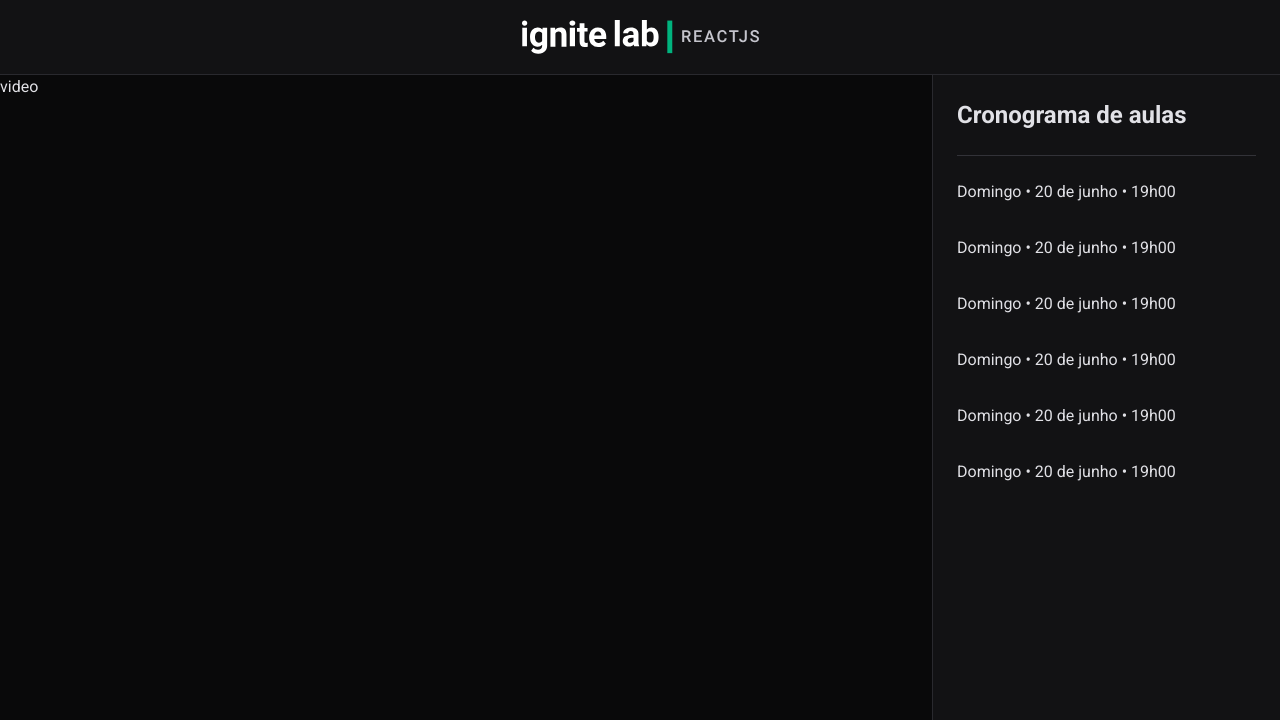
Repository: andynadvorny/event-platform
Page: /
The author's editor kept a copy of each file at every save. The page is drawn from the files as they stood at one save, then again after the next save.
The browser window is 1280 px wide. The pictures show the whole page.
The project was rebuilt for these pictures with package versions that can differ from the ones it lists, and the page was loaded fresh each time. Also part of the build but not shown: vite.config.ts.

Above is the page before, as saved 2022-06-23 14:34:16.

### src/App.tsx
import { Event } from './pages/Event'

function App() {
  return (
    <Event />
  )
}

export default App

### src/lib/apollo.ts
import { ApolloClient, InMemoryCache } from "@apollo/client";

export const client = new ApolloClient({
  uri: 'https://api-sa-east-1.graphcms.com/v2/cl4q028zp2n6q01xs9d4d26wj/master',
  cache: new InMemoryCache()
});

### src/pages/Event.tsx
import { Header } from '../components/Header'
import { Sidebar } from '../components/Sidebar'
import { Video } from '../components/Video'

export function Event() {
  return (
    <div className="flex flex-col min-h-screen">
      <Header />
      <main className="flex flex-1">
        <Video />
        <Sidebar />
      </main>
    </div>
  )
}

### src/components/Sidebar.tsx
import { Lesson } from "./Lesson";

export function Sidebar() {
  return (
    <aside className="w-[348px] bg-gray-700 p-6 border-l border-gray-600">
      <span className="font-bold text-2xl pb-6 mb-6 border-b border-gray-500 block">
        Cronograma de aulas
      </span>
      <div className="flex flex-col gap-8">
        <Lesson />
        <Lesson />
        <Lesson />
        <Lesson />
        <Lesson />
        <Lesson />
      </div>
    </aside>
  )
}

### src/components/Video.tsx
export function Video() {
  return (
    <div className="flex-1">
      video
    </div>
  )
}

### src/components/Logo.tsx
export function Logo() {
  return (
    <svg
      xmlns="http://www.w3.org/2000/svg"
      width="237"
      height="34"
      fill="none"
      viewBox="0 0 237 34"
    >
      <path
        fill="#fff"
        d="M.002 3.112a2.49 2.49 0 01.165-.987c.12-.314.304-.595.535-.83A2.906 2.906 0 012.615.572c.698 0 1.374.257 1.912.723.23.24.412.524.536.837a2.701 2.701 0 010 1.979 2.568 2.568 0 01-.536.837 2.889 2.889 0 01-1.907.723 2.901 2.901 0 01-1.908-.723 2.458 2.458 0 01-.538-.84 2.645 2.645 0 01-.172-.996zm4.96 23.146H.273V7.862h4.689v18.397zM8.012 16.973c0-2.853.686-5.145 2.055-6.883a6.653 6.653 0 015.528-2.606 5.869 5.869 0 014.802 2.09l.2-1.751h4.538v17.95a7.891 7.891 0 01-1.12 4.246 7.243 7.243 0 01-3.147 2.752 11.155 11.155 0 01-4.742.94c-1.378 0-2.74-.279-4.008-.812a7.08 7.08 0 01-2.946-2.11l2.208-3.02a5.905 5.905 0 004.543 2.08 4.356 4.356 0 003.104-1.059 3.938 3.938 0 001.103-2.993v-.994a5.775 5.775 0 01-4.555 1.935 6.647 6.647 0 01-3.05-.652 6.615 6.615 0 01-2.408-1.967c-1.397-1.752-2.085-4.089-2.085-6.942v-.21h-.025l.005.006zm4.997.355a6.723 6.723 0 001.026 3.956 3.233 3.233 0 002.799 1.443c.651.045 1.3-.088 1.878-.39a3.52 3.52 0 001.396-1.305v-7.825a3.448 3.448 0 00-1.374-1.305 3.504 3.504 0 00-1.86-.39 3.28 3.28 0 00-1.61.365 3.22 3.22 0 00-1.219 1.103c-.688.975-1.036 2.418-1.036 4.348zM33.098 7.833l.158 2.196a6.527 6.527 0 012.371-1.927 6.38 6.38 0 012.971-.62c1.97 0 3.438.597 4.39 1.79.953 1.194 1.456 2.936 1.486 5.293v12.249h-4.962V14.683a3.367 3.367 0 00-.684-2.344 3.086 3.086 0 00-1.069-.598 3.008 3.008 0 00-1.211-.13 3.349 3.349 0 00-1.821.454c-.553.32-1.01.794-1.313 1.367v13.37H28.45V7.845l4.647-.012zM47.512 3.112a2.304 2.304 0 01.185-.988 2.42 2.42 0 01.59-.831A3.439 3.439 0 0150.404.57c.772 0 1.52.256 2.117.723.508.486.792 1.142.792 1.826 0 .683-.284 1.34-.792 1.826a3.417 3.417 0 01-2.11.723c-.77 0-1.517-.257-2.11-.723a2.47 2.47 0 01-.594-.839 2.342 2.342 0 01-.19-.994h-.005zm5.483 23.149h-5.18V7.86h5.18v18.4zM62.454 3.334v4.612h3.107v3.677h-3.107v9.382c-.05.53.091 1.063.395 1.495a1.824 1.824 0 001.473.45c.476.002.95-.035 1.421-.114v3.803a9.672 9.672 0 01-2.939.449c-3.398 0-5.128-1.775-5.19-5.32V11.644h-2.642V7.968h2.643V3.356h4.841v-.025l-.002.003zM76.487 27.08a9.277 9.277 0 01-6.759-2.55c-1.74-1.699-2.605-3.957-2.605-6.797v-.494a11.295 11.295 0 011.098-5.08 8.141 8.141 0 013.111-3.465 8.72 8.72 0 014.59-1.22c2.577 0 4.62.815 6.098 2.449 1.478 1.633 2.226 3.94 2.226 6.929v2.055h-12.01a4.665 4.665 0 001.473 2.971 4.487 4.487 0 003.111 1.111 5.426 5.426 0 004.548-2.115l2.476 2.781a7.506 7.506 0 01-3.07 2.507 9.81 9.81 0 01-4.287.916v.002zm-.594-15.514a3.127 3.127 0 00-2.428 1.012 5.405 5.405 0 00-1.188 2.912h7.006v-.405a3.749 3.749 0 00-.908-2.608 3.252 3.252 0 00-2.45-.908h-.03l-.002-.003zM97.771 26.259h-4.957V0h4.957V26.26zM112.209 26.259c-.227-.444-.392-.997-.496-1.659-1.196 1.333-2.751 2.002-4.666 2.002-1.811 0-3.314-.523-4.504-1.572-1.191-1.049-1.786-2.372-1.786-3.966 0-1.96.725-3.464 2.179-4.513 1.453-1.049 3.553-1.58 6.3-1.59h2.273v-1.06c0-.854-.22-1.54-.659-2.051-.44-.513-1.131-.77-2.078-.77-.832 0-1.486.2-1.957.6-.474.4-.708.945-.708 1.64h-4.941c0-1.07.331-2.062.992-2.973.662-.91 1.597-1.626 2.804-2.144 1.206-.518 2.564-.778 4.069-.778 2.28 0 4.089.573 5.429 1.718 1.34 1.145 2.009 2.756 2.009 4.83v8.017c.012 1.754.256 3.082.735 3.983v.29h-4.992l-.003-.004zm-4.086-3.435c.728 0 1.402-.163 2.016-.486.614-.326 1.071-.76 1.367-1.308v-3.181h-1.846c-2.472 0-3.79.854-3.948 2.564l-.017.291c0 .614.217 1.123.649 1.523.434.4 1.026.6 1.779.6v-.003zM136.58 17.183c0 2.963-.632 5.273-1.898 6.931-1.265 1.659-3.032 2.488-5.3 2.488-2.006 0-3.608-.77-4.805-2.308l-.222 1.967h-4.444V.001h4.94v9.418c1.14-1.332 2.638-2 4.496-2 2.256 0 4.025.828 5.308 2.487 1.283 1.658 1.923 3.992 1.923 7v.274l.002.003zm-4.94-.358c0-1.868-.296-3.233-.889-4.094-.592-.861-1.475-1.29-2.65-1.29-1.572 0-2.655.643-3.247 1.932v7.299c.604 1.298 1.697 1.95 3.282 1.95 1.584 0 2.643-.788 3.146-2.36.239-.752.358-1.897.358-3.437z"
      ></path>
      <path
        fill="#C4C4CC"
        d="M164.51 17.501h-2.283v4.53h-2.048v-11.78h4.143c1.36 0 2.408.306 3.149.915.74.61 1.108 1.493 1.108 2.648 0 .787-.19 1.449-.57 1.98-.38.532-.911.94-1.59 1.226l2.646 4.906v.106h-2.194l-2.364-4.531h.003zm-2.283-1.65h2.105c.691 0 1.229-.176 1.619-.524.39-.348.582-.824.582-1.429 0-.604-.18-1.12-.538-1.466-.358-.345-.893-.523-1.606-.533h-2.162V15.85zM179.066 16.773h-4.839v3.625h5.656v1.634h-7.704V10.25h7.648v1.65h-5.6v3.253h4.839v1.62zM189.803 19.29h-4.565l-.955 2.744h-2.127l4.452-11.783h1.836l4.459 11.783h-2.137l-.963-2.744zm-3.99-1.65h3.415l-1.707-4.89-1.708 4.89zM204.716 18.197c-.119 1.256-.583 2.238-1.392 2.941-.81.703-1.885 1.056-3.228 1.056-.938 0-1.764-.222-2.48-.668-.715-.445-1.266-1.079-1.656-1.898-.387-.82-.589-1.772-.607-2.858v-1.1c0-1.11.198-2.09.59-2.937.392-.846.96-1.5 1.695-1.96.736-.458 1.587-.688 2.554-.688 1.301 0 2.347.353 3.139 1.057.792.703 1.254 1.7 1.385 2.99h-2.039c-.096-.846-.343-1.458-.74-1.833-.397-.375-.977-.563-1.745-.563-.89 0-1.574.326-2.05.977-.479.652-.721 1.605-.733 2.863v1.044c0 1.273.227 2.245.683 2.917.457.668 1.123 1.004 2.004 1.004.805 0 1.409-.18 1.814-.543.405-.363.661-.962.77-1.804h2.038l-.002.003zM216.481 11.902h-3.674v10.132h-2.031V11.902h-3.642V10.25h9.347v1.65zM222.759 10.251h2.039v8.262c0 1.127-.353 2.023-1.057 2.687-.703.664-1.633.995-2.788.995-1.229 0-2.179-.311-2.848-.93-.669-.62-1.004-1.484-1.004-2.59h2.038c0 .627.156 1.096.467 1.412.31.316.76.474 1.347.474.55 0 .989-.183 1.315-.545.326-.366.489-.867.489-1.51V10.25h.002zM234.952 18.999c0-.518-.183-.918-.545-1.197-.363-.279-1.022-.563-1.972-.849-.95-.286-1.705-.604-2.265-.955-1.074-.674-1.612-1.555-1.612-2.638 0-.95.388-1.732 1.163-2.347.774-.614 1.779-.922 3.015-.922.819 0 1.55.15 2.194.454a3.597 3.597 0 011.513 1.29c.367.558.55 1.177.55 1.858h-2.038c0-.614-.193-1.095-.578-1.443-.385-.348-.938-.524-1.656-.524-.668 0-1.189.144-1.557.43-.37.286-.555.686-.555 1.197 0 .432.2.792.6 1.08.399.29 1.056.57 1.974.842.918.271 1.653.582 2.208.93.556.348.963.748 1.222 1.197.259.452.387.977.387 1.582 0 .982-.375 1.762-1.127 2.342-.753.58-1.775.87-3.063.87a5.755 5.755 0 01-2.352-.473c-.715-.316-1.27-.75-1.668-1.308-.397-.555-.594-1.204-.594-1.942h2.048c0 .669.222 1.187.664 1.555.441.367 1.075.55 1.902.55.713 0 1.246-.143 1.607-.432.357-.288.538-.671.538-1.145l-.003-.002z"
      ></path>
      <path fill="#00B37E" d="M150.271 33.146h-4.958V.57h4.958v32.576z"></path>
    </svg>
  );
}

### src/components/Lesson.tsx
export function Lesson() {
  return (
    <a href="#">
      <span>Domingo • 20 de junho • 19h00</span>
    </a>
  )
}

### tailwind.config.js
/** @type {import('tailwindcss').Config} */
module.exports = {
  content: [
    './src/**/*.tsx'
  ],
  theme: {
    extend: {
      fontFamily: {
        sans: 'Roboto, sans-serif'
      },
      colors: {
        green: {
          300: '#00B37E',
          500: '#00875F',
          700: '#015F43',
        },
        blue: {
          500: '#81D8F7',
        },
        orange: {
          500: '#FBA94C',
        },
        red: {
          500: '#F75A68',
        },
        gray: {
          100: '#E1E1E6',
          200: '#C4C4CC',
          300: '#8D8D99',
          500: '#323238',
          600: '#29292E',
          700: '#121214',
          900: '#09090A'
        }
      }
    },
  },
  plugins: [],
}

Loaded but not shown: index.html (common file); src/main.tsx (common file); src/styles/global.css (common file); src/components/Header.tsx (common file)

After the next save:
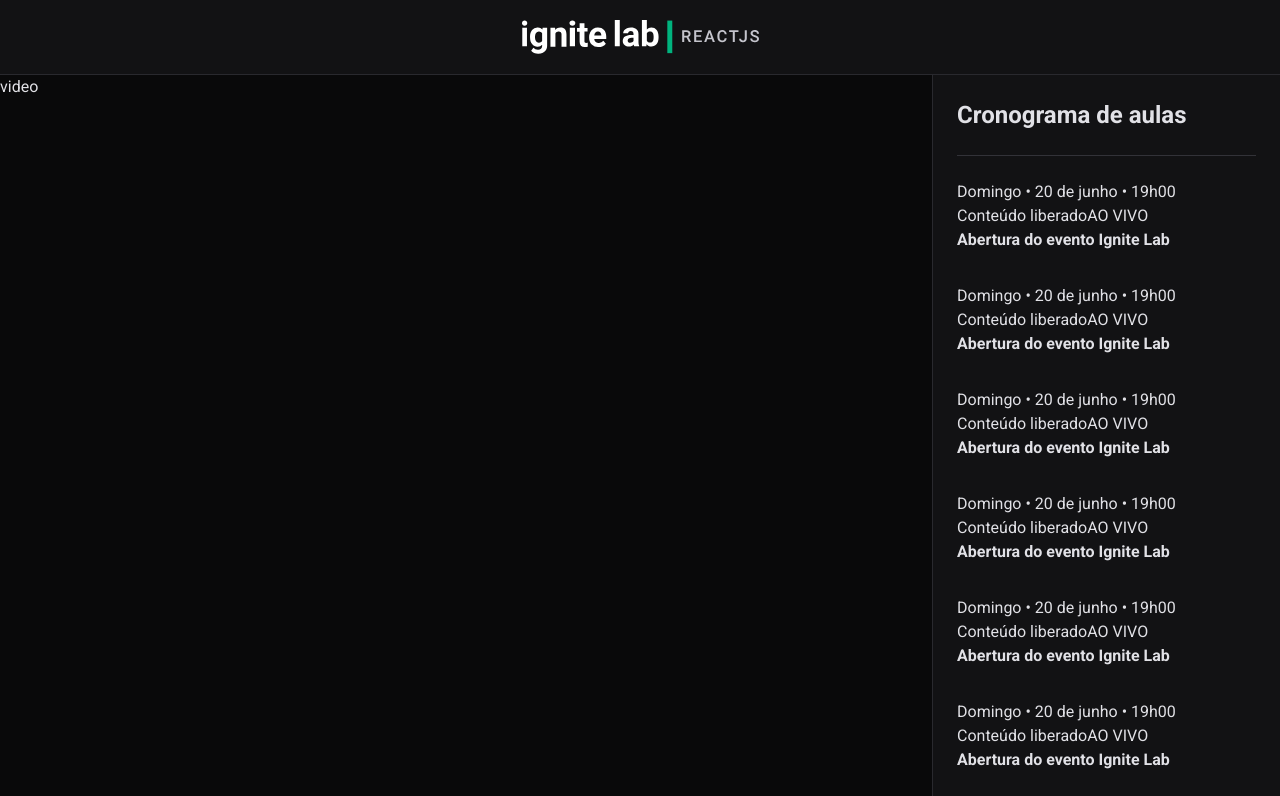
Saved 60 s later.
--- a/src/components/Lesson.tsx
+++ b/src/components/Lesson.tsx
@@ -2,6 +2,14 @@
   return (
     <a href="#">
       <span>Domingo • 20 de junho • 19h00</span>
+
+      <div>
+        <header>
+          <span>Conteúdo liberado</span>
+          <span>AO VIVO</span>
+        </header>
+        <strong>Abertura do evento Ignite Lab</strong>
+      </div>
     </a>
   )
 }
